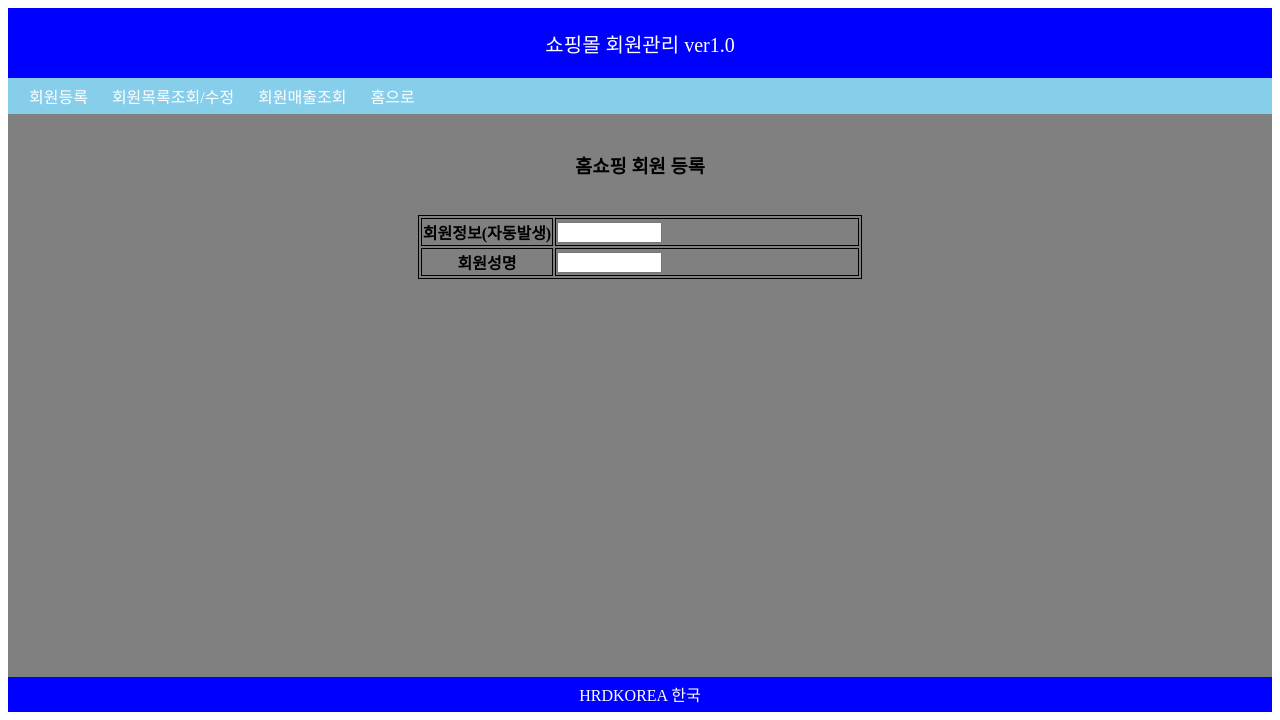
Repository: choigobin/Programming
Page: http://localhost/HRD_1119/insert.jsp
An editor plug-in stored every save of this project. The page is shown before and after the next save, followed by the edit.
The browser window is 1280 px wide. The pictures show the whole page.
The page is served by Tomcat 9.

Above is the page before, as saved 2019-11-19 07:10:49.

### YangJung/workspace/HRD_1119/WebContent/insert.jsp
<%@ page language="java" contentType="text/html; charset=UTF-8"
    pageEncoding="UTF-8"%>
<%@include file="header.jsp" %>
	<br />
	<h3 align="center">홈쇼핑 회원 등록</h3>
	<br />
	<table align="center">
		<tr>
			<th>회원정보(자동발생)</th>
			<td width="300">
				<input type="text" size=10; name="custno">
			</td>
		</tr>
		<tr>
			<th>회원성명</th>
			<td>
				<input type="text" size=10; name="">
			</td>
		</tr>
	</table>
<%@include file="footer.jsp" %>

### YangJung/workspace/HRD_1119/WebContent/header.jsp
<%@ page language="java" contentType="text/html; charset=UTF-8"
    pageEncoding="UTF-8"%>
<html>
<head>
<meta charset="UTF-8">
<style>
#tb1 {
		height:100%; width:100%;
		border: 0px;
		border-collapse: collapse;
		}
table{
	border: solid black 1px;
	border-collapse: separate;
	}
#t1 {
	border: 0px;
	}
tr,td,th{
	border: solid black 1px;
	}
a{
	color:white;
	text-decoration:none;
}
</style>
<title>쇼핑몰 회원관리</title>
</head>
<body>
<table id="tb1">
<tr id="t1" height="10%"><%-- header --%>
	<td id="t1" bgcolor="blue" align="center">
		<span style="font-size:20px; color:white;">쇼핑몰 회원관리 ver1.0</span>
	</td>
</tr>
<tr id="t1" height="5%"><%-- nav --%>
	<td id="t1" bgcolor="skyblue" align="left">
		<span style="color:white;">
			&nbsp&nbsp&nbsp&nbsp
			<a href="#">회원등록</a>
			&nbsp&nbsp&nbsp&nbsp
			<a href="#">회원목록조회/수정</a>
			&nbsp&nbsp&nbsp&nbsp
			<a href="#">회원매출조회</a>
			&nbsp&nbsp&nbsp&nbsp
			<a href="index.jsp">홈으로</a>
		</span>
	</td>
</tr>
<tr id="t1">
	<td id="t1" bgcolor="gray" valign="top">

### YangJung/workspace/HRD_1119/WebContent/footer.jsp
	</td>
</tr>
<tr id="t1" height="5%"><%-- footer --%>
	<td id="t1" bgcolor="blue" align="center">
		<span style="color:white;">HRDKOREA 한국</span>
	</td>
</tr>
</table>
</body>
</html>
<%@ page language="java" contentType="text/html; charset=UTF-8"
    pageEncoding="UTF-8"%>

After the next save:
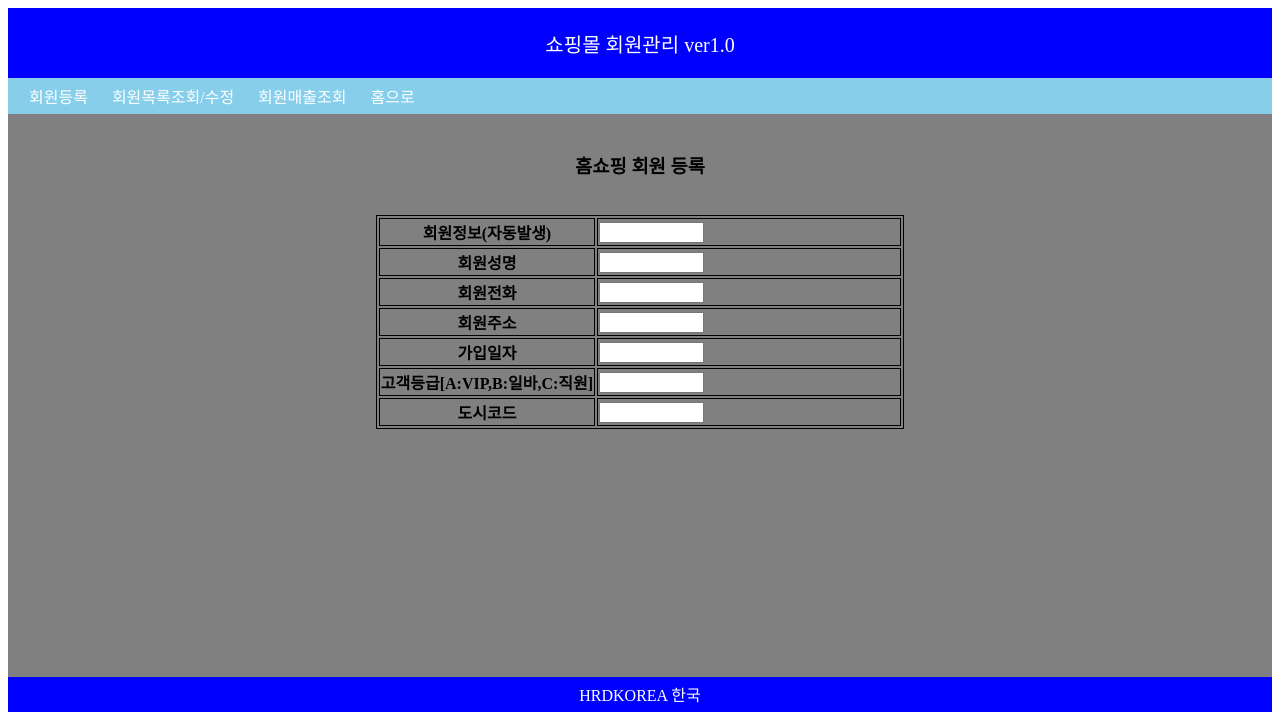
Saved 52 s later.
--- a/YangJung/workspace/HRD_1119/WebContent/insert.jsp
+++ b/YangJung/workspace/HRD_1119/WebContent/insert.jsp
@@ -17,5 +17,35 @@
 				<input type="text" size=10; name="">
 			</td>
 		</tr>
+		<tr>
+			<th>회원전화</th>
+			<td>
+				<input type="text" size=10; name="">
+			</td>
+		</tr>
+		<tr>
+			<th>회원주소</th>
+			<td>
+				<input type="text" size=10; name="">
+			</td>
+		</tr>
+		<tr>
+			<th>가입일자</th>
+			<td>
+				<input type="text" size=10; name="">
+			</td>
+		</tr>
+		<tr>
+			<th>고객등급[A:VIP,B:일바,C:직원]</th>
+			<td>
+				<input type="text" size=10; name="">
+			</td>
+		</tr>
+		<tr>
+			<th>도시코드</th>
+			<td>
+				<input type="text" size=10; name="">
+			</td>
+		</tr>
 	</table>
 <%@include file="footer.jsp" %>
